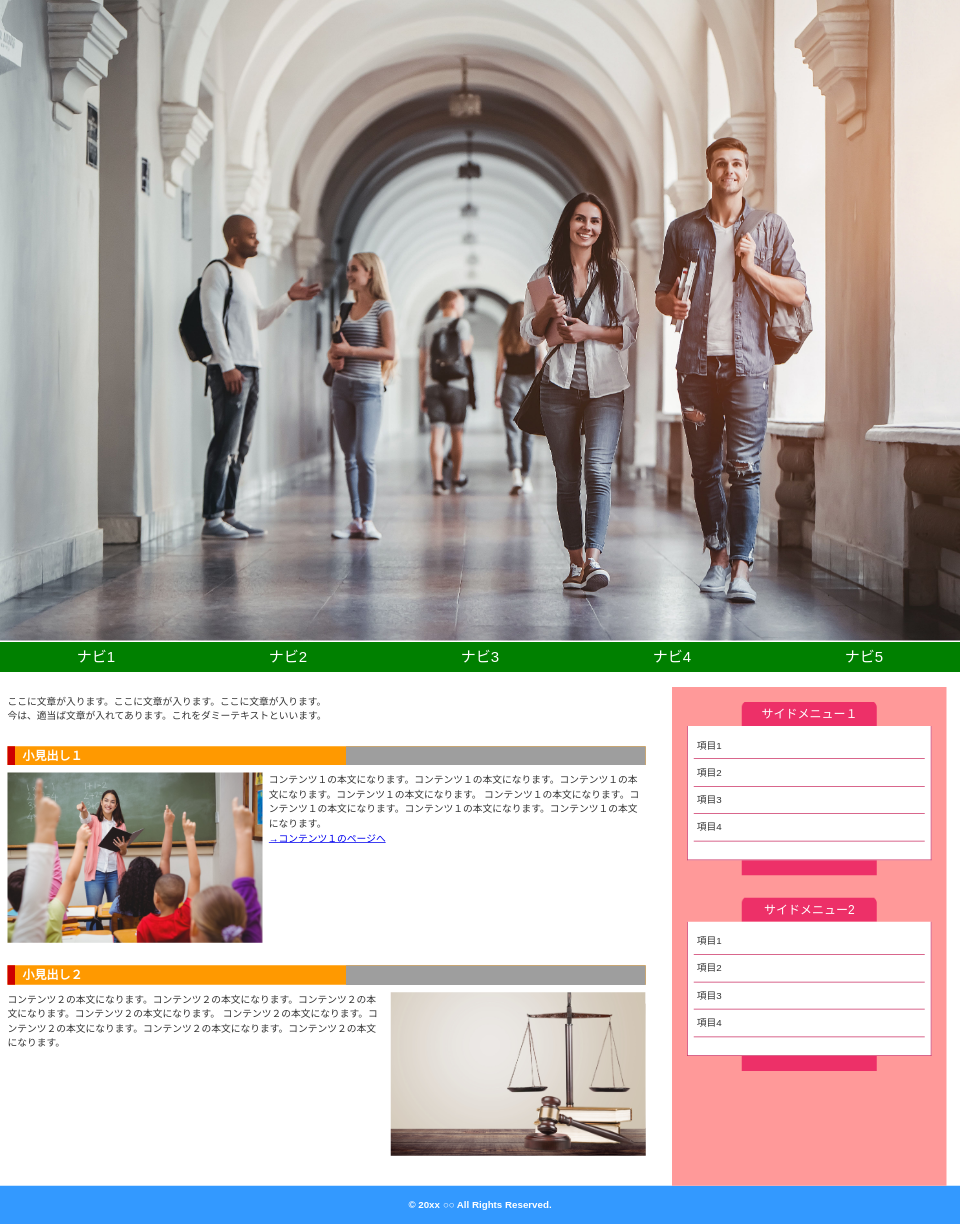
Repository: tatsuya1014/samurai_HTML-CSS
Page: HTML/index.html
The author's editor kept a record of every edit. The page is drawn from the files as they stood at one moment, then again after the next edit.
The browser window is 1280 px wide. The pictures show the whole page, at 75% of full size.
Pictures or frames that could not be fetched are drawn as grey boxes.

Above is the page before.

### HTML/index.html
<!DOCTYPE html>
<html lang="ja">
    <head>
        <meta charset="UTF-8">
        <title>HTML/CSSの学習</title>
        <link rel="stylesheet" href="stylesheet.css">
    </head>
    <body>
        <div id = "header">
          <h1><a href="index.html"><img id="corridor" src="images/corridor.jpeg" alt="大学の廊下" /></a></h1>
        </div>
        <div id="wrapper">
          <div id="nav">
            <ul>
              <li><a href="home.html">ナビ1</a></li>
              <li><a href="#">ナビ2</a></li>
              <li><a href="#">ナビ3</a></li>
              <li><a href="#">ナビ4</a></li>
              <li><a href="#">ナビ5</a></li>
            </ul>
          </div>
            <div id="container">
              <div id="main">
                <div class="post">
                  <p>
                    ここに文章が入ります。ここに文章が入ります。ここに文章が入ります。
                    <br>
                    今は、適当ば文章が入れてあります。これをダミーテキストといいます。
                  </p>
                </div>
                <div class="post clearfix">
                  <h2>小見出し１</h2>
                  <img class="left" src="images/classroom.jpeg" alt="授業風景">
                  <p>
                    コンテンツ１の本文になります。コンテンツ１の本文になります。コンテンツ１の本文になります。コンテンツ１の本文になります。
                    コンテンツ１の本文になります。コンテンツ１の本文になります。コンテンツ１の本文になります。コンテンツ１の本文になります。
                  </p>
                  <p><a href="#">→コンテンツ１のページへ</a></p>
                </div>
                <div class="post clearfix">
                  <h2>小見出し２</h2>
                  <img class="right" src="images/scale.jpeg" alt="天秤">
                  <p>
                    コンテンツ２の本文になります。コンテンツ２の本文になります。コンテンツ２の本文になります。コンテンツ２の本文になります。
                    コンテンツ２の本文になります。コンテンツ２の本文になります。コンテンツ２の本文になります。コンテンツ２の本文になります。
                  </p>
                </div>
              </div>
              <div id="side">
                <div class="box">
                  <h2>サイドメニュー１</h2>
                  <div class="boxBody">
                    <ul>
                      <li>項目1</li>
                      <li>項目2</li>
                      <li>項目3</li>
                      <li>項目4</li>
                    </ul>
                  </div>
                </div>
                <div class="box">
                  <h2>サイドメニュー2</h2>
                  <div class="boxBody">
                    <ul>
                      <li>項目1</li>
                      <li>項目2</li>
                      <li>項目3</li>
                      <li>項目4</li>
                    </ul>
                  </div>
                </div>
              </div>
            </div>
        </div>
        <div id="footer">
          <p>&copy; 20xx ○○ All Rights Reserved.</p>
        </div>
    </body>
</html>

### HTML/stylesheet.css
@charset "utf-8";

body {
	margin: 0;
	padding: 0;
	font-family: "ヒラギノ角ゴ Pro W3", "Hiragino Kaku Gothic Pro", "メイリオ", Meiryo, Osaka, "ＭＳ Ｐゴシック", "MS PGothic", sans-serif;
	color: #333;
	font-size: 13px;
	line-height: 150%;
}

/* -------------------- wrapper -------------------- */
#wrapper {
	width: 100%;
	margin: auto;
	padding: 0px;
	border: 0px;
	background-color: #FFF;
	top: 10px;
}

/*--------------header--------------*/
#header {
    width: 100%;
}

#header h1 {
    margin: 0;
    padding: 0;
}

#corridor {
    width: 100%;
    height: auto;
}

/*---------------footer---------------*/
#footer {
    clear: both;
    width: 100%;
    padding: 3px 0 3px 0;
    background: #39F;
    color: #FFF;
    font-weight: bold;
    text-align: center;
}

/*---------------nav-----------------*/
#nav {
    width: 100%;
}

#nav ul {
    display: flex;
    margin: 0;
    padding: 0;
    list-style-type: none;
}

#nav ul li {
    width: 20%;
    text-align: center;
}

#nav ul li a {
    display: block;
    height: 20px;
    margin: 0;
    padding: 10px;
    color: #FFF;
    font-size: 20px;
    text-decoration: none;
    background-color: green;
}

#nav ul li a:hover {
    filter: drop-shadow(10px 10px 10px black);
}

/*---------------- container --------------*/
#container {
    width: 100%;
    margin: auto;
    padding: auto;
    padding-top: 20px;
    clear: both;
    display: grid;
    grid-template-columns: 70vw 30vw;
}


/*------------------ main ------------------*/
#main {
    width: 95%;
    padding: 10px 30px 10px 10px;
}

#main h2{
    margin: 0 0 10px 0;
    padding: 3px 10px 3px 10px;
    color: #FFF;
    font-size: 16px;
    border-left: solid 10px #C00;
    background: #f90 url(..images/mein_h2.jpeg) right top repeat-y;
}

#main p{
    margin: 0;
    padding: 0;
}

#main .post{
    margin: 0 0 30px 0;
}

#main .post img.right {
    margin: 0 0 0 8px;
}

#main .post img.left {
    margin: 0 8px 0 0;
}

.right {
    float: right;
    width: 40%;
    height: auto;
}

.left {
    float: left;
    width: 40%;
    height: auto;
}

/*------------- clearfix ---------------*/
.clearfix {
    zoom: 1;
}

.clearfix:after {
    content: "";
    display: block;
    clear: both;
}

#side {
    width: 85%;
    padding: 20px;
    background-color: #F99;
}

#side .box {
    margin: 0 auto 30px auto;
    padding: 0 0 20px 0;
    background: url(images/side_box_h2.png) bottom no-repeat;
}

#side .box h2 {
    margin: 0;
    padding: 8px;
    text-align: center;
    color: #fff;
    font-size: 16px;
    line-height: 16px;
    font-weight: normal;
    background: url(images/side_box_h2.png) center no-repeat;
}

#side .box .boxBody {
    padding: 8px;
    border-right: solid 1px #C36;
    border-bottom: solid 1px #C36;
    border-left: solid 1px #C36;
    background: #fff;
}

#side .box .boxBody ul {
    margin: 0 0 16px 0;
    padding: 0;
}

#side .box .boxBody ul li {
    padding: 8px 0 8px 4px;
    list-style: none;
    border-bottom: solid 1px #C36;
}

#side .box .boxBody ul li:hover {
    padding: 8px 0 8px 4px;
    list-style: none;
    border-bottom: solid 1px #C36;
    box-shadow: 0px 4px 4px rgba(0, 0, 0, 0.3);
}

After the next edit:
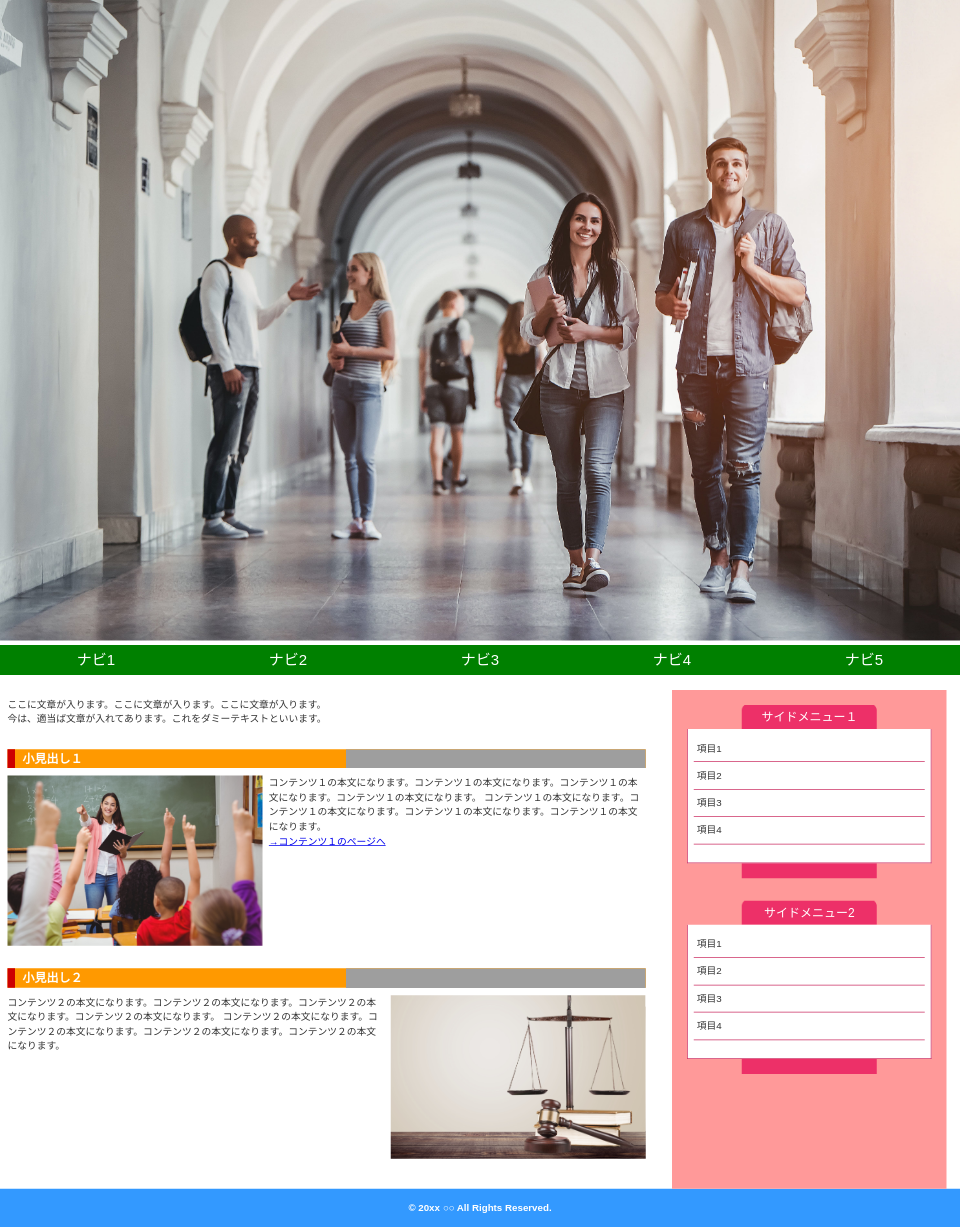
The edit:
--- a/HTML/stylesheet.css
+++ b/HTML/stylesheet.css
@@ -24,7 +24,8 @@
     width: 100%;
 }
 
-#header h1 {
+#header h1{
+    display: inline-block;
     margin: 0;
     padding: 0;
 }

After the edit that followed:
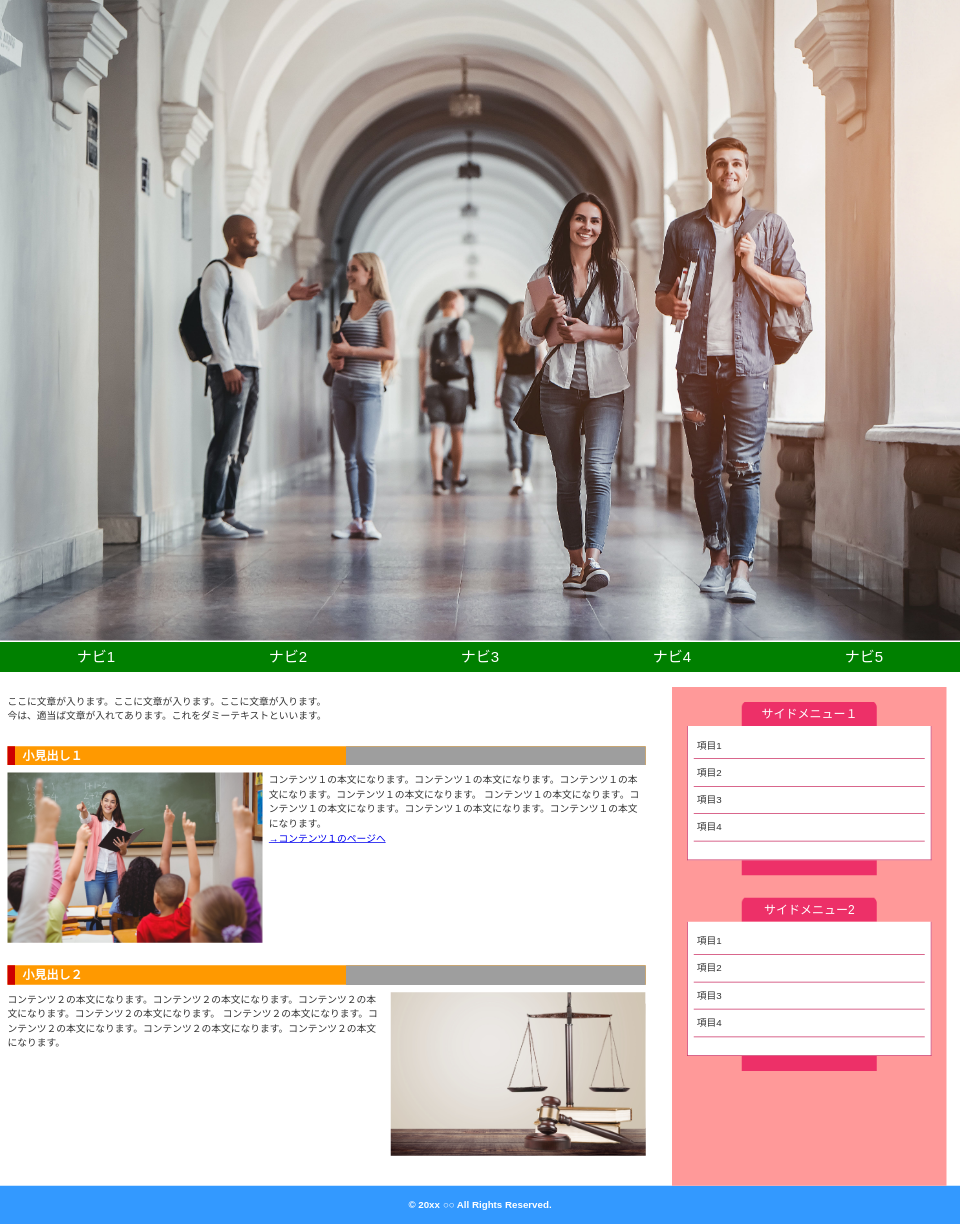
The edit:
--- a/HTML/stylesheet.css
+++ b/HTML/stylesheet.css
@@ -24,8 +24,7 @@
     width: 100%;
 }
 
-#header h1{
-    display: inline-block;
+#header h1 {
     margin: 0;
     padding: 0;
 }
